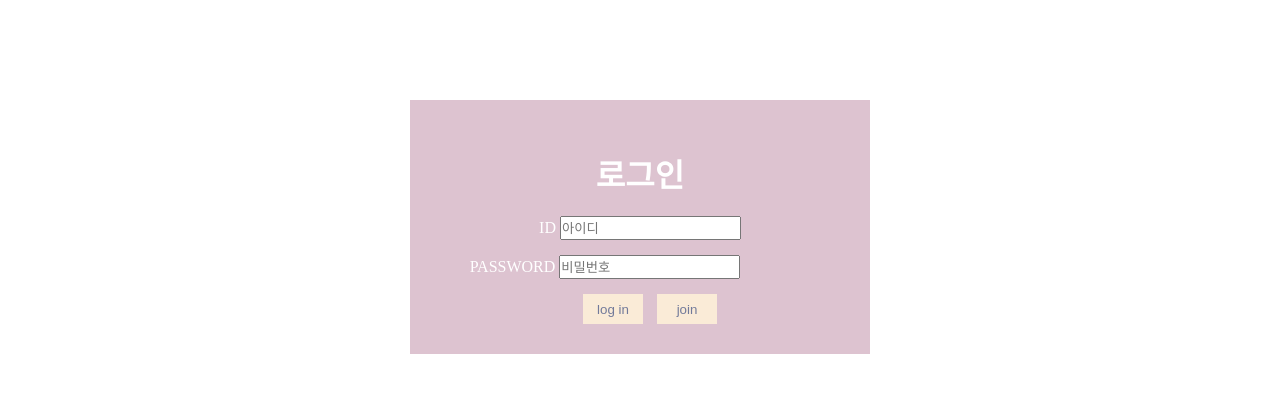
Repository: kayoyo/jsp
Page: http://localhost/BoardWeb_4/login
An editor plug-in stored every save of this project. The page is shown before and after the next save, followed by the edit.
The browser window is 1280 px wide. The pictures show the whole page.
The page is served by Tomcat 9.

Above is the page before, as saved 2020-08-27 05:09:51.

After the next save:
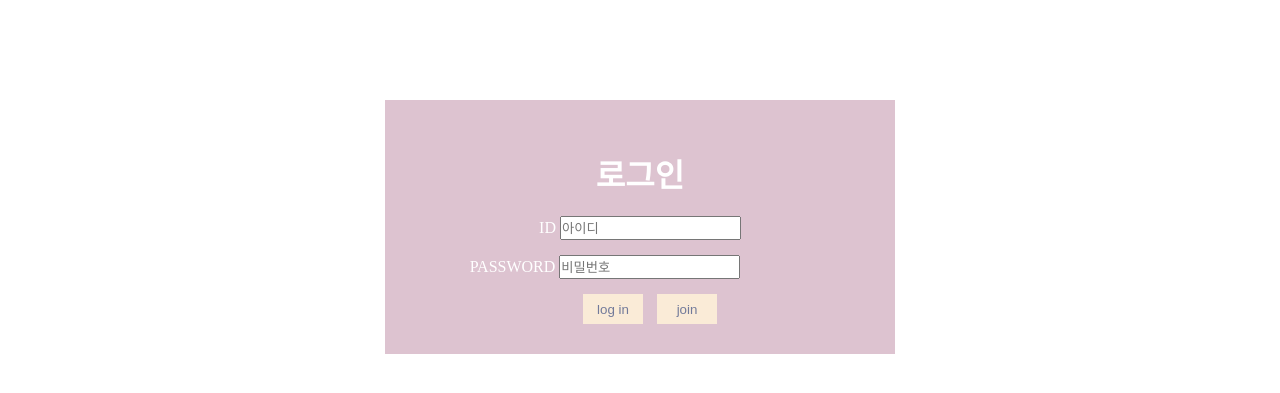
Saved 9 s later.
--- a/BoardWeb_4/WebContent/WEB-INF/jsp/user/login.jsp
+++ b/BoardWeb_4/WebContent/WEB-INF/jsp/user/login.jsp
@@ -8,7 +8,7 @@
 * { margin:0; padding: 0; }
  a {text-decoration:none; color: black;}
  .err {color: #585858;}
- #container {width: 400px; background-color: #ddc3d0;
+ #container {width: 450px; background-color: #ddc3d0;
  			margin: 0 auto; padding:30px; text-align:center; margin-top: 100px;]}
  h1 {margin: 20px; color: white;}
  .pw {margin-right: 70px;}
